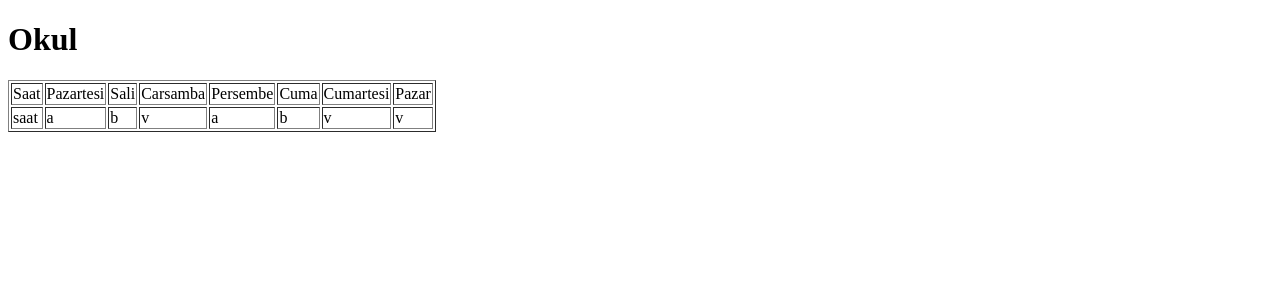
Repository: Egemen-ve-Burakhan-internet-final/final
Page: http://localhost/ogretim/
These files come from the project's save history. The page is drawn as it stood at one moment and after the next save; the edit follows.
The browser window is 1280 px wide. The pictures show the whole page.
The page is served by Tomcat 9.

Above is the page before, as saved 2020-05-25 13:46:55.

After the next save:
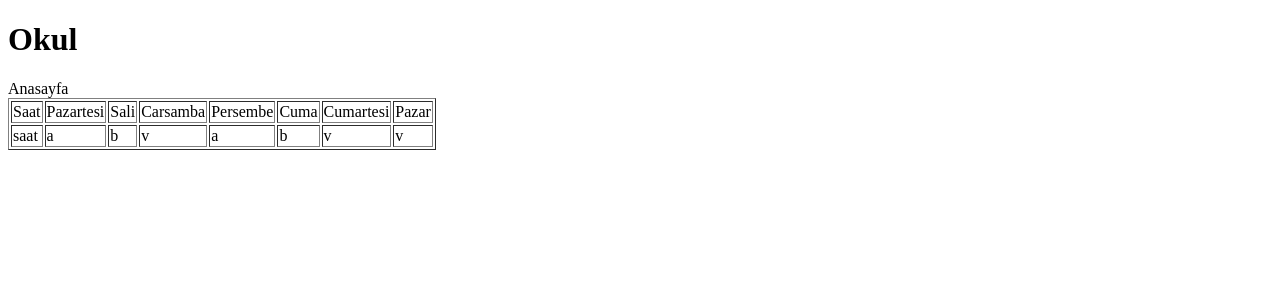
Saved 6 s later.
--- a/okul/ogretim/WebContent/index.jsp
+++ b/okul/ogretim/WebContent/index.jsp
@@ -13,7 +13,7 @@
 		</div>
 
 		<div>
-
+			<a>Anasayfa</a>
 		</div>
 
 		<div>
